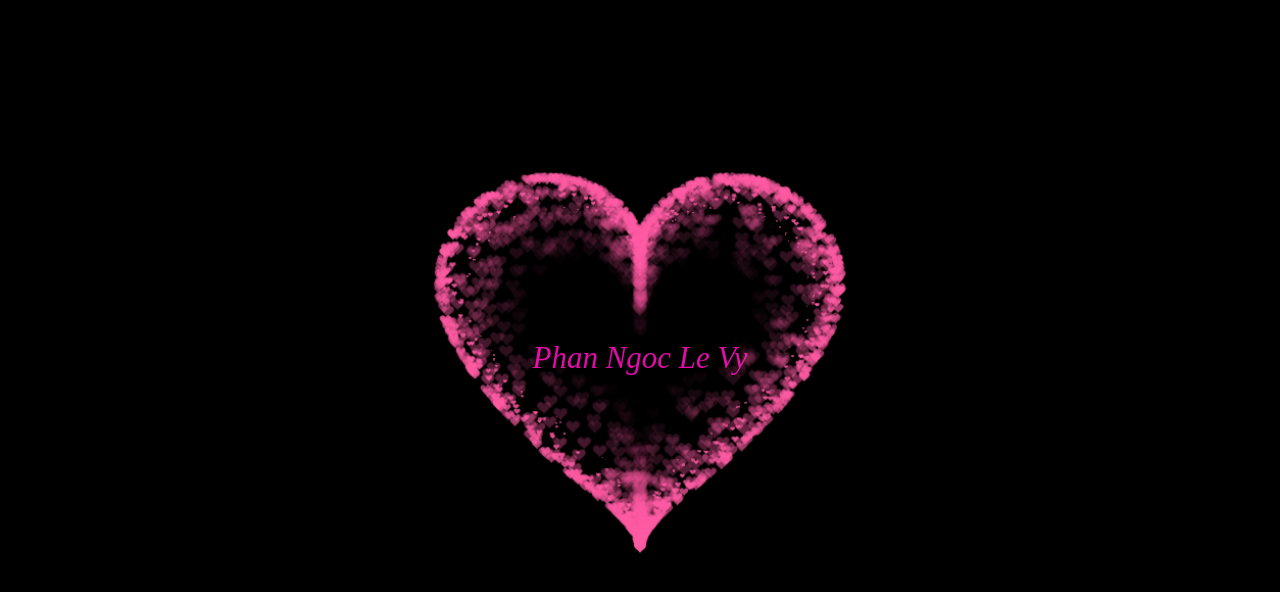
Repository: thaiduy1704/Heart
Page: index.html
These files come from the project's save history. The page is drawn as it stood at one moment and after the next save; the edit follows.
The browser window is 1280 px wide. The pictures show the whole page.

Above is the page before, as saved 2022-11-10 17:21:58.

After the next save:
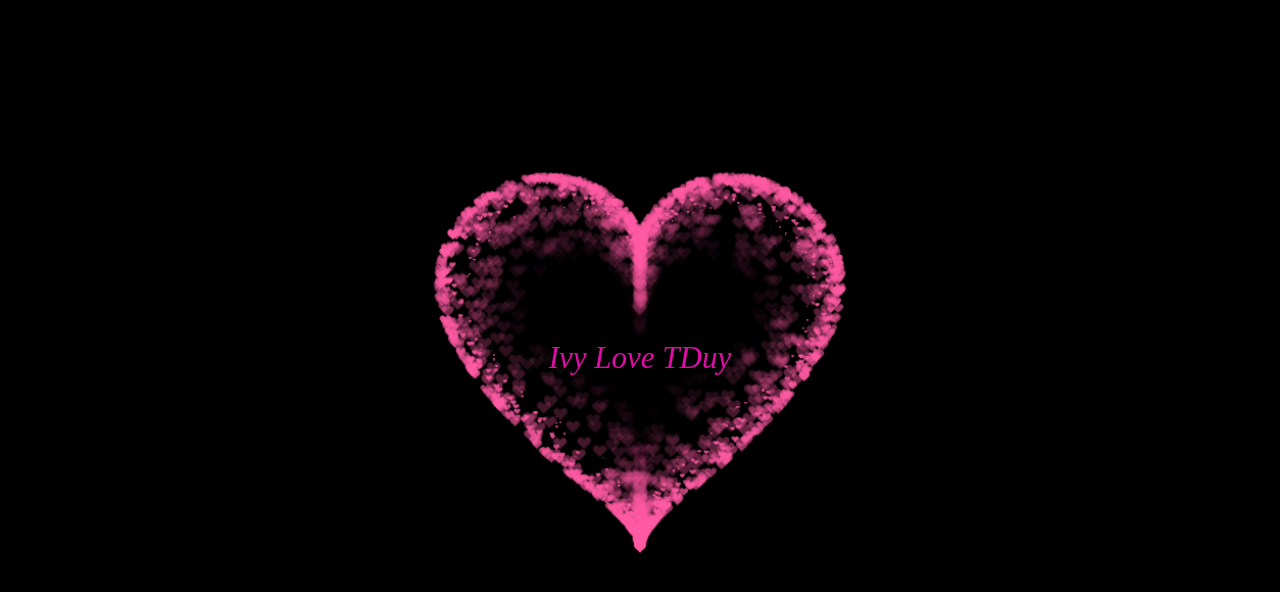
Saved 37 s later.
--- a/index.html
+++ b/index.html
@@ -331,6 +331,6 @@ var ParticlePool = (function() {
         align-items: center;
         justify-content: center;
         margin-bottom: 5px;
-        text-align: center;">Phan Ngoc Le Vy</div>
+        text-align: center;">Ivy Love TDuy</div>
  </BODY>
 </HTML>
